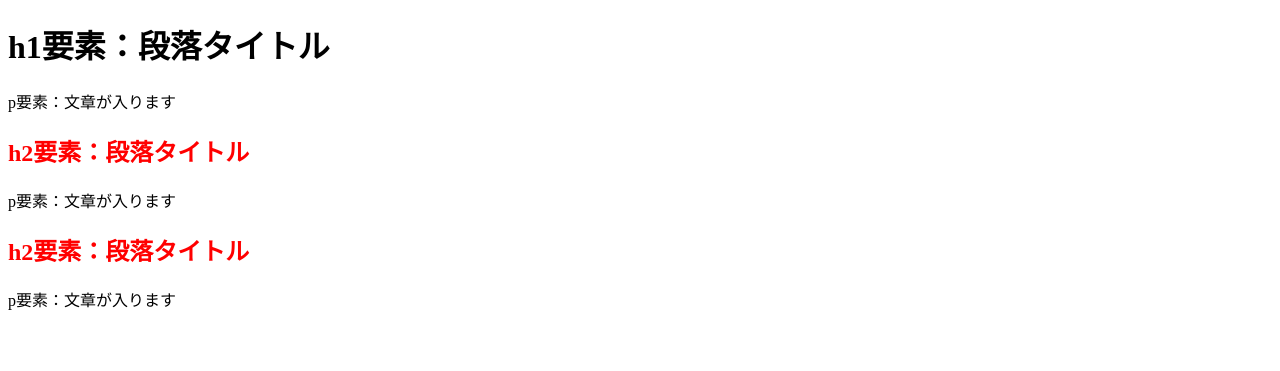
Repository: mogmogpasta/samurai_HTML-CSS
Page: training.html
The author's editor kept a record of every edit. The page is drawn from the files as they stood at one moment, then again after the next edit.
The browser window is 1280 px wide. The pictures show the whole page.

Above is the page before.

### training.html
<!DOCTYPE html>
<html lang="ja">
<head>
    <meta charset="UTF-8">
    <style>
        h2{
            color:red;
        }
    </style>

    <title>HTML/CSSの学習</title>
</head>
<body>
    <h1>h1要素：段落タイトル</h1>
        <p>p要素：文章が入ります</p>
    <h2>h2要素：段落タイトル</h1>
        <p>p要素：文章が入ります</p>
    <h2>h2要素：段落タイトル</h1>
        <p>p要素：文章が入ります</p>
</body>
</html>

After the next edit:
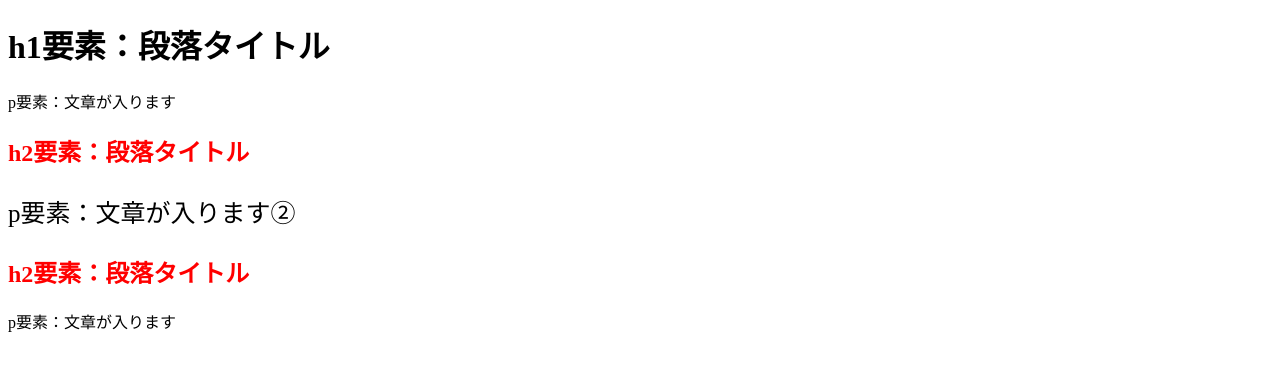
The edit:
--- a/training.html
+++ b/training.html
@@ -14,7 +14,9 @@
     <h1>h1要素：段落タイトル</h1>
         <p>p要素：文章が入ります</p>
     <h2>h2要素：段落タイトル</h1>
-        <p>p要素：文章が入ります</p>
+<p style="font-size:25px;">
+    p要素：文章が入ります②
+</p>
     <h2>h2要素：段落タイトル</h1>
         <p>p要素：文章が入ります</p>
 </body>
